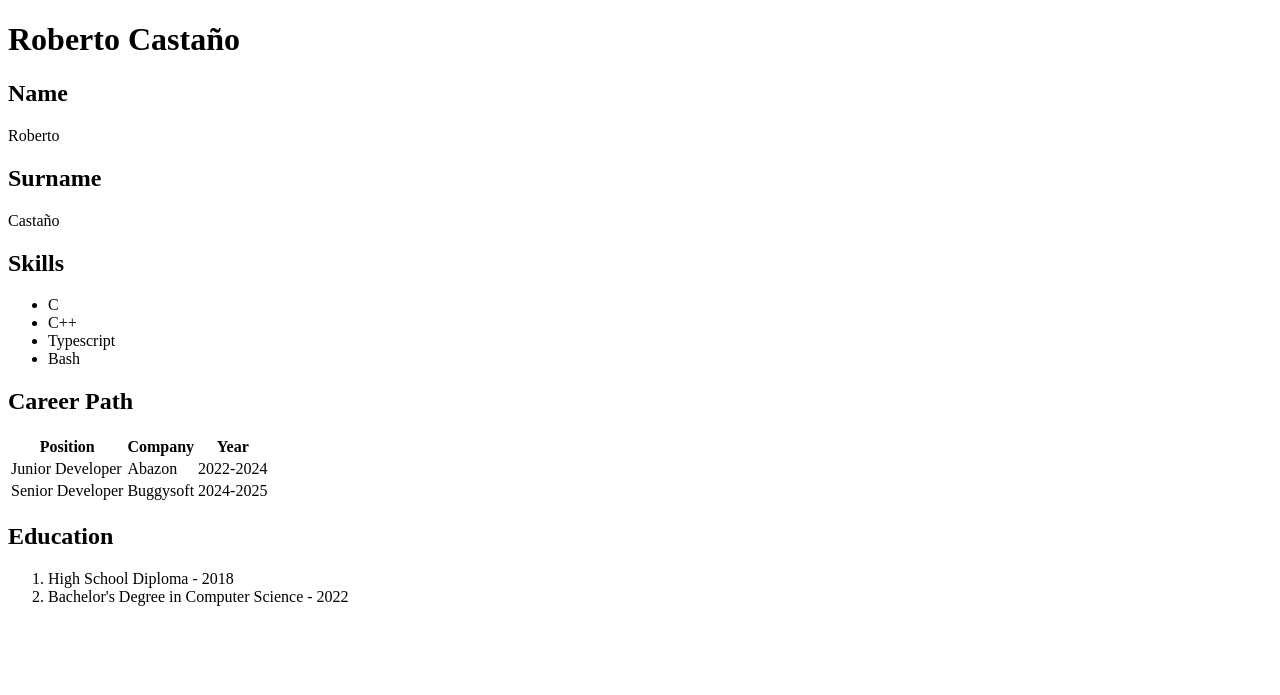
Repository: cronopi/django
Page: Training-Python-Django-0 1/ex01/cv.html
An editor plug-in stored every save of this project. The page is shown before and after the next save, followed by the edit.
The browser window is 1280 px wide. The pictures show the whole page.

Above is the page before, as saved 2026-03-10 12:29:21.

### Training-Python-Django-0 1/ex01/cv.html
<!DOCTYPE html>
<html>

<head>
	<title>Resume - Roberto Castaño</title>
</head>

<body>
	<h1>Roberto Castaño</h1>

	<h2>Name</h2>
	<p>Roberto</p>
	<h2>Surname</h2>
	<p>Castaño</p>

	<h2>Skills</h2>
	<ul>
		<li>C</li>
		<li>C++</li>
		<li>Typescript</li>
		<li>Bash</li>
	</ul>

	<h2>Career Path</h2>
	<table>
		<tr>
			<th>Position</th>
			<th>Company</th>
			<th>Year</th>
		</tr>
		<tr>
			<td>Junior Developer</td>
			<td>Abazon</td>
			<td>2022-2024</td>
		</tr>
		<tr>
			<td>Senior Developer</td>
			<td>Buggysoft</td>
			<td>2024-2025</td>
		</tr>
	</table>

	<h2>Education</h2>
	<ol>
		<li>High School Diploma - 2018</li>
		<li>Bachelor's Degree in Computer Science - 2022</li>
	</ol>

</body>

</html>

After the next save:
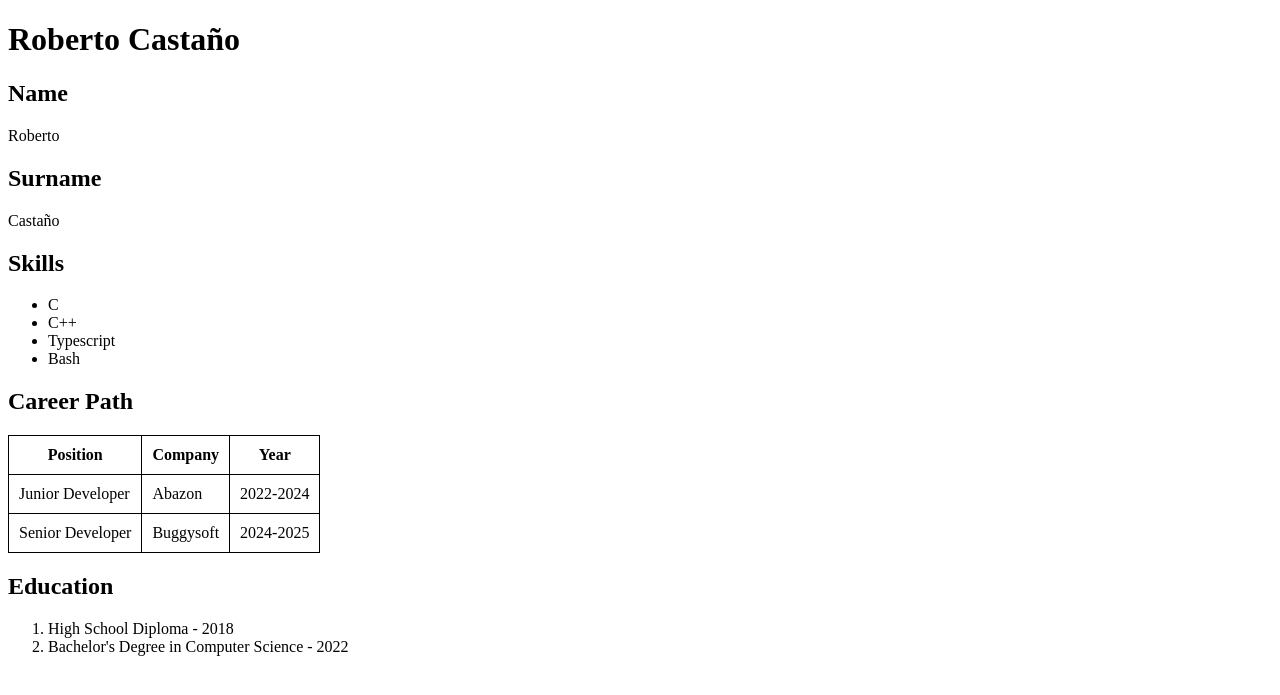
Saved 115 s later.
--- a/Training-Python-Django-0 1/ex01/cv.html
+++ b/Training-Python-Django-0 1/ex01/cv.html
@@ -3,6 +3,16 @@
 
 <head>
 	<title>Resume - Roberto Castaño</title>
+	<style>
+		table {
+			border-collapse: collapse;
+			border: 1px solid black;
+		}
+		table th, table td {
+			border: 1px solid black;
+			padding: 10px;
+		}
+	</style>
 </head>
 
 <body>
